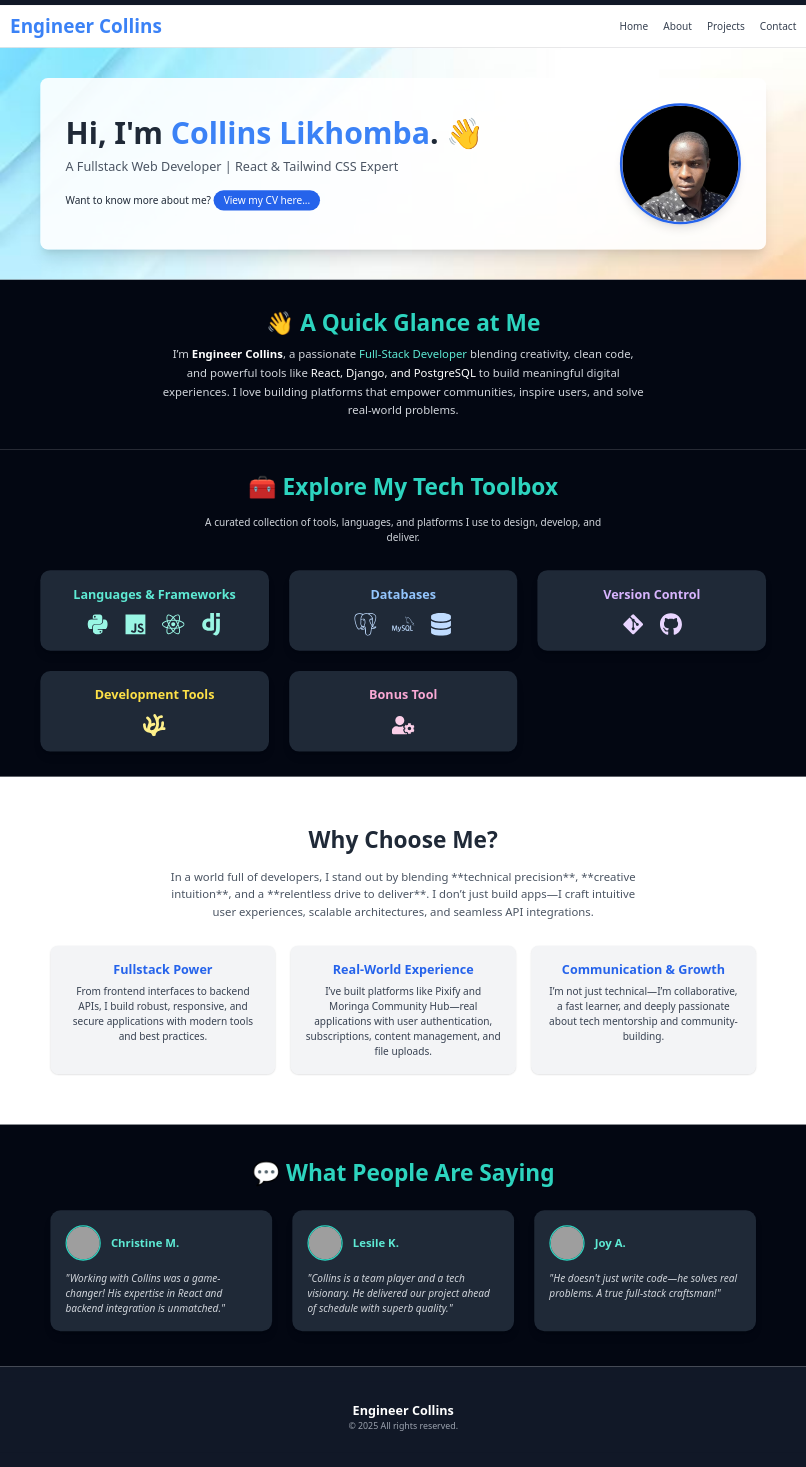
Repository: Engineer-collo/Portfolio
Page: /
The author's editor kept a copy of each file at every save. The page is drawn from the files as they stood at one save, then again after the next save.
The browser window is 1280 px wide. The pictures show the whole page, at 63% of full size.
Pictures or frames that could not be fetched are drawn as grey boxes. The project was rebuilt for these pictures with package versions that can differ from the ones it lists, and the page was loaded fresh each time. Also part of the build but not shown: vite.config.js, src/pages/About.jsx, src/pages/Projects.jsx, src/pages/Contact.jsx, src/pages/Blog.jsx, src/pages/Skills.jsx.

Above is the page before, as saved 2025-06-08 20:41:03.

After the next save:
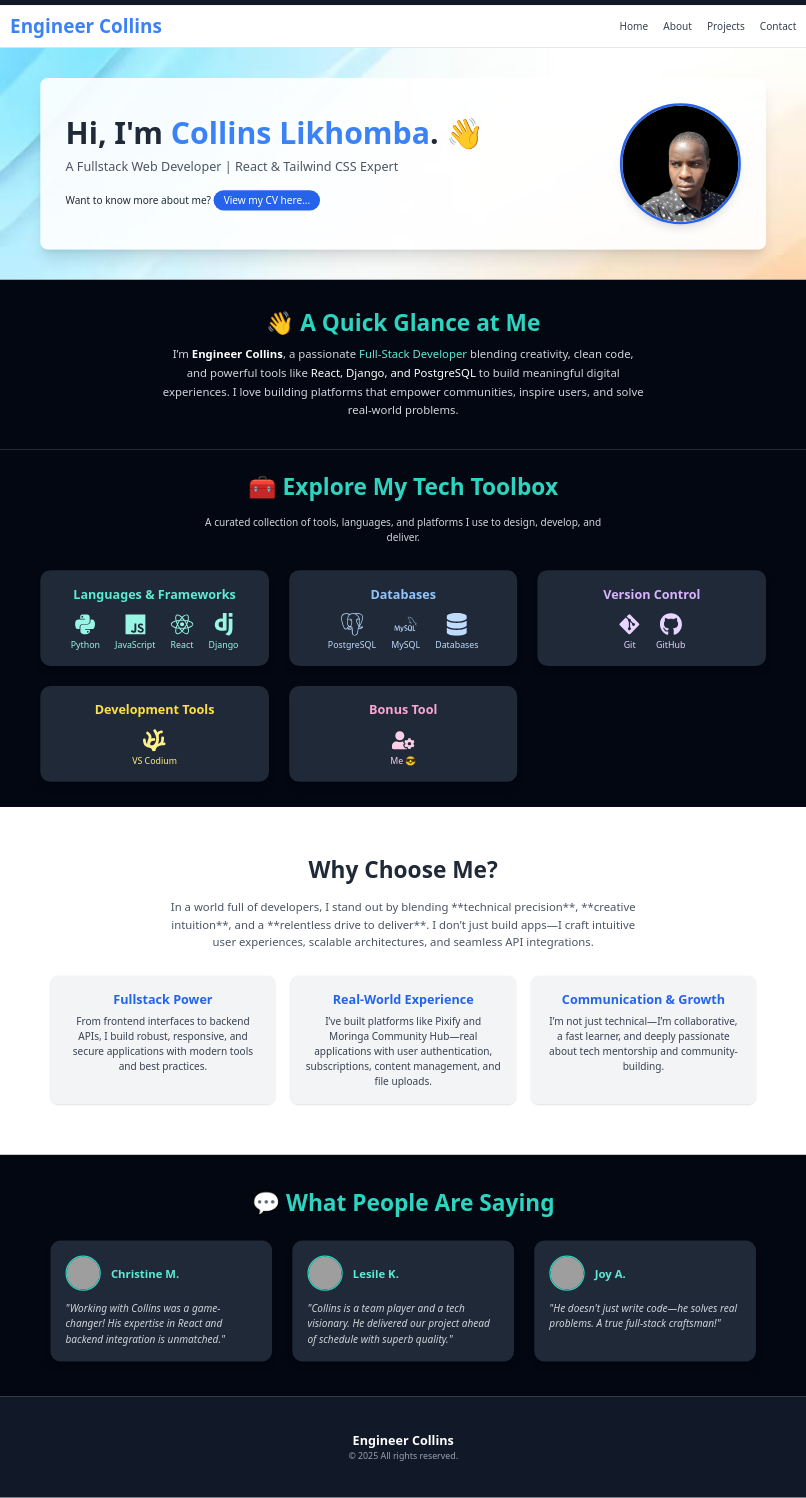
Saved 3 min 47 s later.
--- a/src/pages/TechStackToolbox.jsx
+++ b/src/pages/TechStackToolbox.jsx
@@ -29,46 +29,79 @@ import {
           {/* Languages & Frameworks */}
           <div className="bg-gray-800 rounded-2xl p-6 shadow-lg hover:shadow-teal-500/30 transition">
             <h3 className="text-xl font-semibold mb-4 text-teal-300">Languages & Frameworks</h3>
-            <div className="flex justify-center gap-6 text-4xl text-teal-200">
-              <FaPython title="Python" />
-              <FaJs title="JavaScript" />
-              <FaReact title="React" />
-              <SiDjango title="Django" />
+            <div className="flex justify-center gap-6 text-teal-200">
+              <div className="flex flex-col items-center text-sm">
+                <FaPython className="text-4xl mb-1" />
+                <span>Python</span>
+              </div>
+              <div className="flex flex-col items-center text-sm">
+                <FaJs className="text-4xl mb-1" />
+                <span>JavaScript</span>
+              </div>
+              <div className="flex flex-col items-center text-sm">
+                <FaReact className="text-4xl mb-1" />
+                <span>React</span>
+              </div>
+              <div className="flex flex-col items-center text-sm">
+                <SiDjango className="text-4xl mb-1" />
+                <span>Django</span>
+              </div>
             </div>
           </div>
 
           {/* Databases */}
           <div className="bg-gray-800 rounded-2xl p-6 shadow-lg hover:shadow-blue-500/30 transition">
             <h3 className="text-xl font-semibold mb-4 text-blue-300">Databases</h3>
-            <div className="flex justify-center gap-6 text-4xl text-blue-200">
-              <SiPostgresql title="PostgreSQL" />
-              <SiMysql title="MySQL" />
-              <FaDatabase title="General DB Knowledge" />
+            <div className="flex justify-center gap-6 text-blue-200">
+              <div className="flex flex-col items-center text-sm">
+                <SiPostgresql className="text-4xl mb-1" />
+                <span>PostgreSQL</span>
+              </div>
+              <div className="flex flex-col items-center text-sm">
+                <SiMysql className="text-4xl mb-1" />
+                <span>MySQL</span>
+              </div>
+              <div className="flex flex-col items-center text-sm">
+                <FaDatabase className="text-4xl mb-1" />
+                <span>Databases</span>
+              </div>
             </div>
           </div>
 
           {/* Version Control */}
           <div className="bg-gray-800 rounded-2xl p-6 shadow-lg hover:shadow-purple-500/30 transition">
             <h3 className="text-xl font-semibold mb-4 text-purple-300">Version Control</h3>
-            <div className="flex justify-center gap-6 text-4xl text-purple-200">
-              <FaGitAlt title="Git" />
-              <FaGithub title="GitHub" />
+            <div className="flex justify-center gap-6 text-purple-200">
+              <div className="flex flex-col items-center text-sm">
+                <FaGitAlt className="text-4xl mb-1" />
+                <span>Git</span>
+              </div>
+              <div className="flex flex-col items-center text-sm">
+                <FaGithub className="text-4xl mb-1" />
+                <span>GitHub</span>
+              </div>
             </div>
           </div>
 
           {/* Development Tools */}
           <div className="bg-gray-800 rounded-2xl p-6 shadow-lg hover:shadow-yellow-500/30 transition">
             <h3 className="text-xl font-semibold mb-4 text-yellow-300">Development Tools</h3>
-            <div className="flex justify-center gap-6 text-4xl text-yellow-200">
-              <SiVscodium title="VS Code" />
+            <div className="flex justify-center gap-6 text-yellow-200">
+              <div className="flex flex-col items-center text-sm">
+                <SiVscodium className="text-4xl mb-1" />
+                <span>VS Codium</span>
+              </div>
             </div>
           </div>
 
           {/* Bonus Tool */}
           <div className="bg-gray-800 rounded-2xl p-6 shadow-lg hover:shadow-pink-500/30 transition">
             <h3 className="text-xl font-semibold mb-4 text-pink-300">Bonus Tool</h3>
-            <div className="flex justify-center gap-6 text-4xl text-pink-200">
-              <FaUserCog title="Myself" />
+            <div className="flex justify-center gap-6 text-pink-200">
+              <div className="flex flex-col items-center text-sm">
+                <FaUserCog className="text-4xl mb-1" />
+                <span>Me 😎</span>
+              </div>
             </div>
           </div>
 
